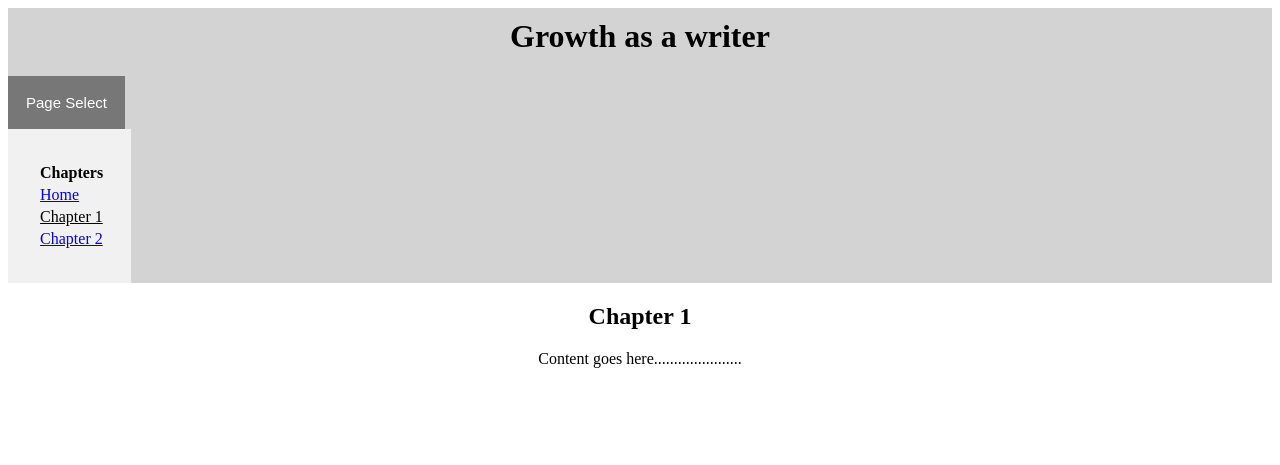
Repository: jpaisiem/WP-4
Page: Chapter1.html
These files come from the project's save history. The page is drawn as it stood at one moment and after the next save; the edit follows.
The browser window is 1280 px wide. The pictures show the whole page.

Above is the page before, as saved 2025-04-29 12:56:52.
Console error: TypeError: Cannot read properties of undefined (reading 'toggle')

After the next save:
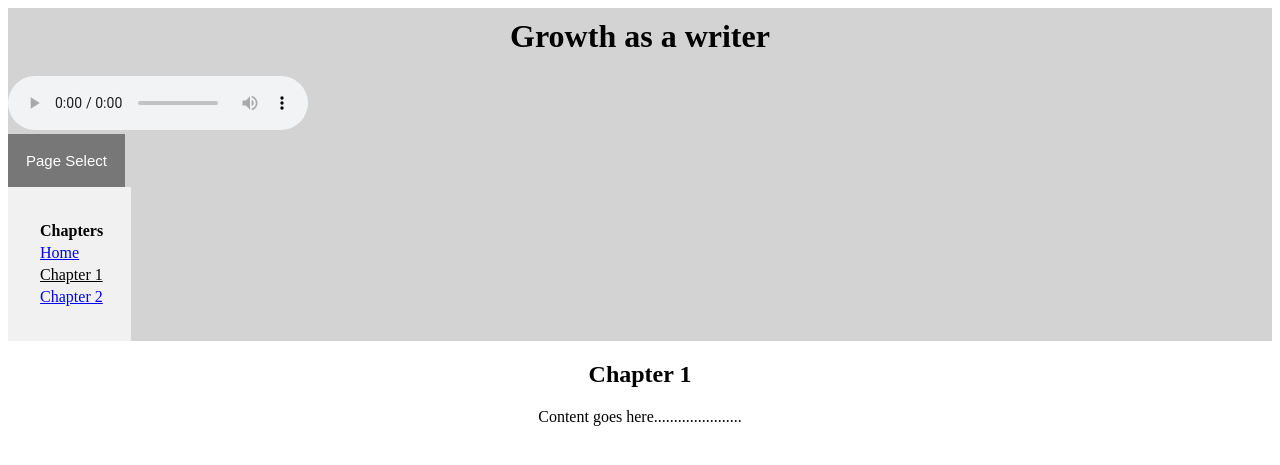
Saved 55 s later.
--- a/Chapter1.html
+++ b/Chapter1.html
@@ -35,6 +35,11 @@
 <body>
     <div style="background-color: lightgray; display: flex; flex-direction: column; margin-top: 0%;">
         <h1 style="text-align: center; background-color: lightgray; padding-top: 10px; margin-top: 0%;">Growth as a writer</h1>
+         <div style="align-items: center;">
+        <audio controls>
+            <source src="audio.mp3" type="audio/mpeg">
+        </audio>
+        </div>
 <button type="button" class="collapsible">Page Select</button>
 <div class="content">
   <p><table>
